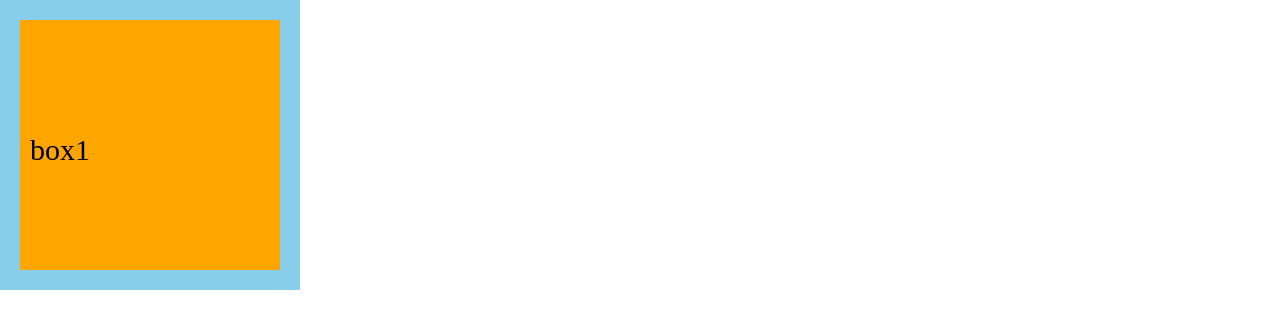
Repository: gwonjunsu95/html5
Page: html5/WebContent/day0203.html
An editor plug-in stored every save of this project. The page is shown before and after the next save, followed by the edit.
The browser window is 1280 px wide. The pictures show the whole page.

Above is the page before, as saved 2020-04-17 05:14:54.

After the next save:
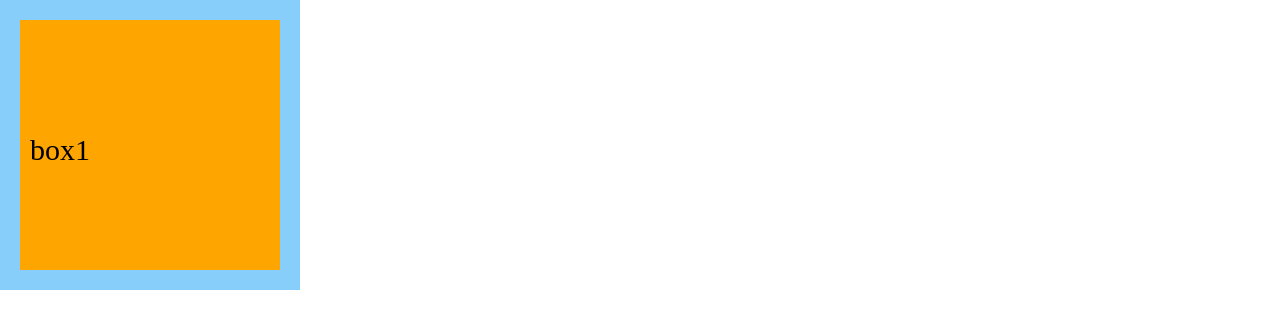
Saved 9 s later.
--- a/html5/WebContent/day0203.html
+++ b/html5/WebContent/day0203.html
@@ -34,7 +34,7 @@
 	*/
 		padding : 30px 50px 20px 10px; /*내부여백*/
 		background : orange;
-		border : 20px solid skyblue; /*외곽선*/
+		border : 20px solid lightskyblue; /*외곽선*/
 	/*
 	border
 	첫번째 값은 선의 두께
